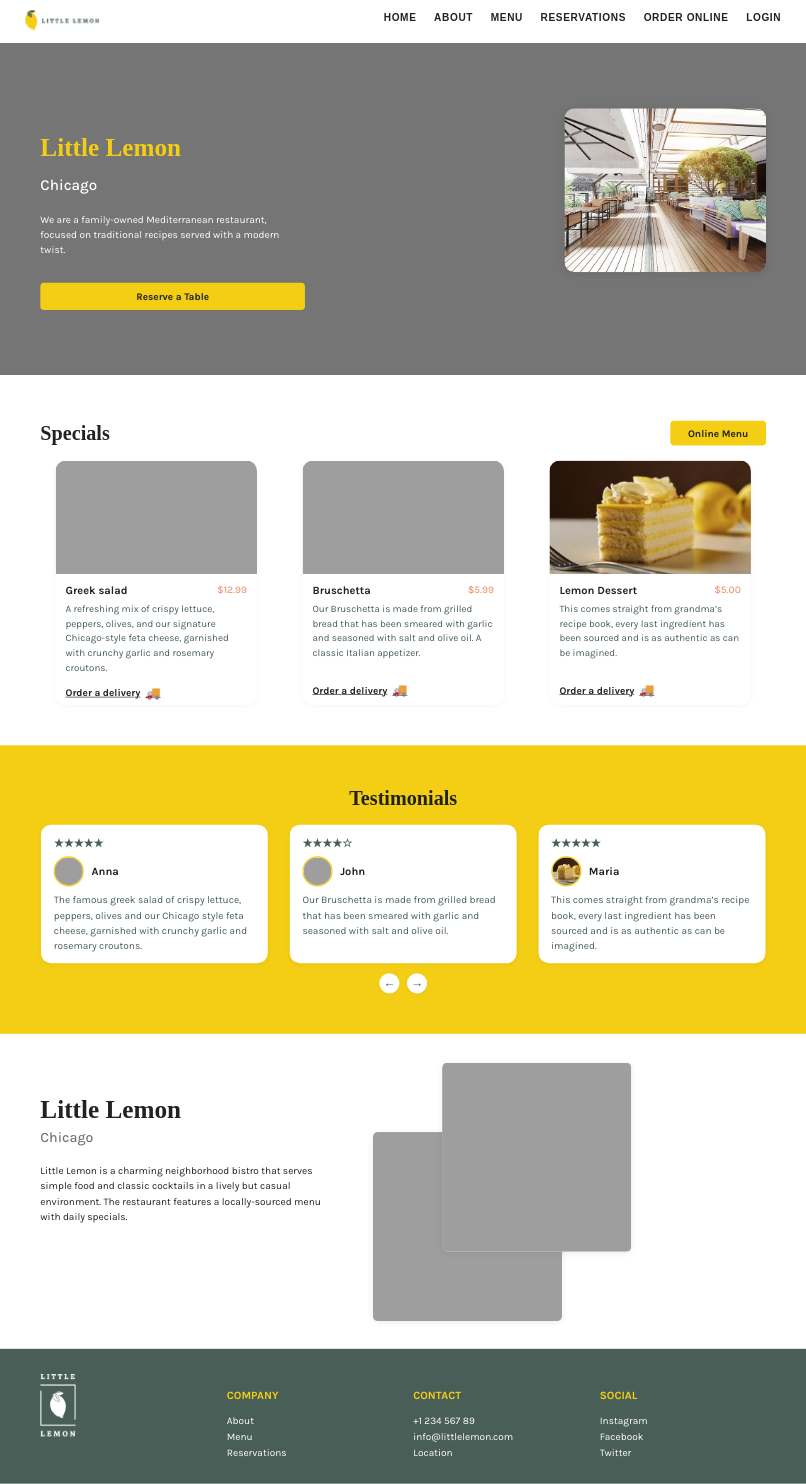
Repository: mrtseven/capstone-little-lemon-mrt
Page: /
These files come from the project's save history. The page is drawn as it stood at one moment and after the next save; the edit follows.
The browser window is 1280 px wide. The pictures show the whole page, at 63% of full size.
Pictures or frames that could not be fetched are drawn as grey boxes. Some web fonts or font styles are not loaded; a fallback is used. The project was rebuilt for these pictures with package versions that can differ from the ones it lists, and the page was loaded fresh each time. Also part of the build but not shown: src/pages/About.jsx, src/pages/Menu.jsx, src/components/ReservationForm.jsx, src/bookingsAPI.js, src/components/ConfirmedReservation.jsx, src/pages/Reservations.jsx, src/pages/Order.jsx, src/pages/Login.jsx.

Above is the page before, as saved 2025-07-28 18:17:53.

### public/index.html
<!DOCTYPE html>
<html lang="en">
  <head>
    <meta charset="utf-8" />
    <link rel="icon" href="%PUBLIC_URL%/favicon.ico" />
    <meta name="viewport" content="width=device-width, initial-scale=1" />
    <meta name="theme-color" content="#000000" />
    <meta name="description" content="Experience vibrant Mediterranean flavors at Little Lemon, a stylish bar and small plates restaurant in the heart of Dublin. Enjoy fresh produce, handcrafted cocktails, and a premium wine selection in a lively, modern atmosphere—perfect for intimate dinners or special occasions."/>
    <meta name="og:title" content="Little Lemon restaurant"/>
    <meta name="og:description" content="Experience vibrant Mediterranean flavors at Little Lemon, a stylish bar and small plates restaurant in the heart of Dublin. Enjoy fresh produce, handcrafted cocktails, and a premium wine selection in a lively, modern atmosphere—perfect for intimate dinners or special occasions."/>
    <meta name="og:image" content="%PUBLIC_URL%/restaurant.jpg"/>
    <link rel="preconnect" href="https://fonts.googleapis.com">
    <link rel="preconnect" href="https://fonts.gstatic.com" crossorigin>
    <link href="https://fonts.googleapis.com/css2?family=Markazi+Text:wght@400..700&display=swap" rel="stylesheet">
    <link rel="apple-touch-icon" href="%PUBLIC_URL%/logo192.png" />
    <!--
      manifest.json provides metadata used when your web app is installed on a
      user's mobile device or desktop. See https://developers.google.com/web/fundamentals/web-app-manifest/
    -->
    <link rel="manifest" href="%PUBLIC_URL%/manifest.json" />
    <!--
      Notice the use of %PUBLIC_URL% in the tags above.
      It will be replaced with the URL of the `public` folder during the build.
      Only files inside the `public` folder can be referenced from the HTML.

      Unlike "/favicon.ico" or "favicon.ico", "%PUBLIC_URL%/favicon.ico" will
      work correctly both with client-side routing and a non-root public URL.
      Learn how to configure a non-root public URL by running `npm run build`.
    -->
    <title>React App</title>
  </head>
  <body>
    <noscript>You need to enable JavaScript to run this app.</noscript>
    <div id="root"></div>
    <!--
      This HTML file is a template.
      If you open it directly in the browser, you will see an empty page.

      You can add webfonts, meta tags, or analytics to this file.
      The build step will place the bundled scripts into the <body> tag.

      To begin the development, run `npm start` or `yarn start`.
      To create a production bundle, use `npm run build` or `yarn build`.
    -->
  </body>
</html>

### src/App.css
@import url('https://fonts.googleapis.com/css2?family=Karla:wght@400;500;700;800&family=Markazi+Text:wght@400;500;700&display=swap');

/* === Type System & Base Styles === */

body {
  font-family: 'Karla', Arial, sans-serif;
  color: #222;
  background: #fff;
  margin: 0;
  padding: 0;
}

/* Display Title - Medium 64pt */
h1 {
  font-family: 'Markazi Text', serif;
  font-size: 64px;
  font-weight: 500;
  margin-bottom: 0.25em;
  line-height: 1.1;
}

/* Sub title - keep close to display */
h2 {
  font-family: 'Markazi Text', serif;
  font-size: 40px;
  font-weight: 400;
  margin-bottom: 0.25em;
  line-height: 1.2;
}

/* Regular 40pt (for h3) */
h3 {
  font-family: 'Markazi Text', serif;
  font-size: 40px;
  font-weight: 400;
  margin-bottom: 0.25em;
  line-height: 1.2;
}

/* Section Title! Uppercase 20pt Extra Bold */
h4 {
  font-family: 'Markazi Text', serif;
  font-size: 20px;
  font-weight: 800;
  text-transform: uppercase;
  margin-bottom: 0.5em;
  line-height: 1.2;
}

/* Card Title 18pt Bold */
h5 {
  font-family: 'Karla', Arial, sans-serif;
  font-size: 18px;
  font-weight: 700;
  margin-bottom: 0.5em;
  line-height: 1.2;
}

/* Category/Section 16pt Extra Bold */
h6 {
  font-family: 'Karla', Arial, sans-serif;
  font-size: 16px;
  font-weight: 700;
  margin-bottom: 0.5em;
  line-height: 1.2;
}

/* Paragraph text regular 16pt, 1.5 line height */
p {
  font-family: 'Karla', Arial, sans-serif;
  font-size: 16px;
  font-weight: 400;
  line-height: 1.5;
  margin-bottom: 1em;
  color: #222;
  max-width: 65ch;
}

/* Lead text (use .lead for emphasis) */
.lead {
  font-family: 'Karla', Arial, sans-serif;
  font-size: 18px;
  font-weight: 400;
  color: #222;
  margin-bottom: 0.5em;
}

/* Highlight text (e.g. price) */
.highlight {
  font-family: 'Karla', Arial, sans-serif;
  font-size: 16px;
  font-weight: 500;
  color: #495E57;
}

/* Section/Category bold (for span or strong) */
.bold {
  font-family: 'Karla', Arial, sans-serif;
  font-weight: 700;
}
.extra-bold {
  font-family: 'Karla', Arial, sans-serif;
  font-weight: 800;
}
.uppercase {
  text-transform: uppercase;
}

/* Accent colors */
.accent-green {
  color: #495E57;
}
.accent-yellow {
  color: #F4CE14;
}
.bg-accent-green {
  background: #495E57;
}
.bg-accent-yellow {
  background: #F4CE14;
}

/* Rounded corners utility */
.rounded-16 {
  border-radius: 16px;
}

/* Container for the navbar */
.navbar {
  max-width: 1200px;
  margin: 0 auto;
  display: flex;
  align-items: center;
  justify-content: space-between;
  background: #fff;
  padding: 16px 40px 20px 40px;
  font-family: 'Arial', sans-serif;

}

/* Logo and brand */
.navbar-logo {
  display: flex;
  align-items: center;
}

.navbar-logo img {
  height: 32px; /* Adjust as needed */
  margin-right: 8px;
}

.navbar-brand {
  font-weight: bold;
  color: #CFC12D; /* Lemon yellow, adjust as necessary */
  letter-spacing: 2px;
  font-size: 1.1rem;
  display: none !important;
}

/* Navigation links */
.navbar-menu {
  display: flex;
  align-items: center;
  gap: 28px; /* Space between menu items */
}

.navbar-menu a {
  text-decoration: none;
  color: #222;
  font-weight: bold;
  text-transform: uppercase;
  letter-spacing: 1px;
  font-size: 1rem;
  padding-bottom: 8px;
  transition: color 0.2s;
}

.navbar-menu a:hover {
  color: #CFC12D; /* Highlight on hover */
}

/* Hamburger styles */
.navbar-hamburger {
  display: none;
  flex-direction: column;
  justify-content: center;
  align-items: center;
  width: 36px;
  height: 36px;
  background: none;
  border: none;
  cursor: pointer;
  padding: 0;
  margin-left: 16px;
  z-index: 1002;
}
.hamburger-bar {
  width: 24px;
  height: 3px;
  background: #222;
  margin: 3px 0;
  border-radius: 2px;
  transition: all 0.3s;
}

/* Responsive styles */
@media (max-width: 900px) {
  .navbar {
    padding: 16px 20px 0 20px;
  }
  .navbar-brand {
    display: inline;
    font-size: 1rem;
  }
}

@media (max-width: 768px) {
  .navbar-menu {
    position: absolute;
    top: 64px;
    right: 0;
    left: 0;
    background: #fff;
    flex-direction: column;
    align-items: flex-start;
    gap: 0;
    padding: 24px 32px 24px 32px;
    box-shadow: 0 4px 16px rgba(0,0,0,0.07);
    display: none;
    z-index: 1001;
  }
  .navbar-menu.open {
    display: flex;
  }
  .navbar-menu a {
    width: 100%;
    padding: 16px 0;
    font-size: 1.1rem;
    border-bottom: 1px solid #eee;
  }
  .navbar-hamburger {
    display: flex;
  }
  .navbar {
    position: relative;
  }
}

@media (min-width: 769px) {
  .navbar-menu {
    display: flex !important;
    position: static;
    flex-direction: row;
    background: none;
    box-shadow: none;
    padding: 0;
    gap: 28px;
  }
  .navbar-hamburger {
    display: none;
  }
  .navbar-brand {
    display: inline;
  }
}

/* Hero Section Styles */
.hero-section {
  width: 100vw;
  background: #757575;
  margin: 0;
  padding: 0;
  display: flex;
  justify-content: center;
  align-items: flex-start;
  margin-bottom: 48px;
}
.hero-section .container {
  display: flex;
  flex-direction: row;
  align-items: flex-start;
  gap: 48px;
  padding-top: 40px;
  padding-bottom: 40px;
}
.hero-content {
  flex: 1 1 0;
  max-width: 420px;
  padding: 0;
  display: flex;
  flex-direction: column;
  justify-content: center;
}
.hero-title {
  font-size: 40px;
  font-family: 'Markazi Text', serif;
  font-weight: 700;
  color: #F4CE14;
  margin-bottom: 0.1em;
}
.hero-location {
  font-size: 24px;
  font-family: 'Karla', Arial, sans-serif;
  font-weight: 500;
  color: #fff;
  margin-bottom: 0.5em;
}
.hero-description {
  color: #fff;
  font-size: 16px;
  margin-bottom: 2em;
}
.hero-cta {
  font-family: 'Karla', Arial, sans-serif;
  font-size: 1rem;
  font-weight: 700;
  color: #222;
  background: #F4CE14;
  border: none;
  border-radius: 6px;
  padding: 12px 32px;
  cursor: pointer;
  margin-top: 8px;
  transition: background 0.2s;
}
.hero-cta:hover {
  background: #ffe066;
}
.hero-image-wrapper {
  flex: 1 1 0;
  display: flex;
  align-items: flex-start;
  justify-content: flex-end;
  padding: 0;
}
.hero-image {
  width: 320px;
  height: 260px;
  object-fit: cover;
  border-radius: 16px;
  box-shadow: 0 2px 16px rgba(0,0,0,0.10);
}
@media (max-width: 900px) {
  .hero-section .container {
    flex-direction: column;
    gap: 24px;
    align-items: center;
    padding: 24px 0;
  }
  .hero-image {
    width: 100%;
    max-width: 320px;
    height: auto;
  }
}

/* Dish Card Styles */
.dish-card {
  background: #fff;
  border-radius: 16px;
  box-shadow: 0 2px 8px rgba(0,0,0,0.04);
  overflow: hidden;
  width: 320px;
  display: flex;
  flex-direction: column;
  margin: 0 auto;
}
.dish-card-img {
  width: 100%;
  height: 180px;
  object-fit: cover;
  border-top-left-radius: 16px;
  border-top-right-radius: 16px;
  border-bottom-left-radius: 0;
  border-bottom-right-radius: 0;
}
.dish-card-body {
  padding: 16px 16px 12px 16px;
  display: flex;
  flex-direction: column;
  flex: 1 1 0;
  min-height: 180px;
}
.dish-card-header {
  display: flex;
  justify-content: space-between;
  align-items: flex-start;
  margin-bottom: 8px;
}
.dish-card-title {
  font-size: 1.1rem;
  font-family: 'Karla', Arial, sans-serif;
  font-weight: 700;
  margin: 0;
  color: #222;
}
.dish-card-price {
  font-size: 1rem;
  font-family: 'Karla', Arial, sans-serif;
  font-weight: 500;
  color: #EE9972;
  margin-left: 8px;
}
.dish-card-desc {
  font-size: 0.97rem;
  color: #495E57;
  margin: 0 0 16px 0;
  font-family: 'Karla', Arial, sans-serif;
}
.dish-card-cta {
  display: flex;
  align-items: center;
  font-weight: 700;
  font-size: 1rem;
  color: #222;
  cursor: pointer;
  gap: 6px;
  margin-top: auto;
}
.dish-card-cta-icon {
  font-size: 1.2em;
  margin-left: 2px;
}

/* Specials Section Styles */
.specials-section {
  margin: 0;
  padding: 0 0 32px 0;
}
.specials-header-row {
  display: flex;
  align-items: center;
  justify-content: space-between;
  margin-bottom: 24px;
  padding-top: 8px;
}
.specials-title {
  font-size: 2rem;
  font-family: 'Markazi Text', serif;
  font-weight: 700;
  margin: 0;
  color: #222;
}
.specials-menu-btn {
  font-family: 'Karla', Arial, sans-serif;
  font-size: 1rem;
  font-weight: 700;
  color: #222;
  background: #F4CE14;
  border: none;
  border-radius: 6px;
  padding: 10px 28px;
  cursor: pointer;
  transition: background 0.2s;
}
.specials-menu-btn:hover {
  background: #ffe066;
}
.specials-cards-row {
  display: flex;
  gap: 24px;
  justify-content: flex-start;
  align-items: stretch;
  flex-wrap: wrap;
}
@media (max-width: 900px) {
  .specials-cards-row {
    flex-direction: column;
    gap: 20px;
    align-items: center;
  }
  .specials-header-row {
    flex-direction: column;
    align-items: flex-start;
    gap: 12px;
  }
}

/* Grid Container */
.container {
  max-width: 1200px;
  margin: 0 auto;
  padding-left: 24px;
  padding-right: 24px;
  width: 100%;
  box-sizing: border-box;
}

@media (max-width: 1240px) {
  .container {
    max-width: 100vw;
  }
}

@media (max-width: 600px) {
  .container {
    padding-left: 8px;
    padding-right: 8px;
  }
}

/* Testimonial Card Styles */
.testimonial-card {
  background: #fff;
  border-radius: 16px;
  box-shadow: 0 2px 8px rgba(0,0,0,0.06);
  padding: 20px 20px 16px 20px;
  width: 320px;
  min-height: 180px;
  display: flex;
  flex-direction: column;
  align-items: flex-start;
  margin: 0 auto;
}
.testimonial-rating {
  font-size: 1.1rem;
  font-weight: 700;
  color: #495E57;
  margin-bottom: 10px;
}
.testimonial-row {
  display: flex;
  align-items: center;
  gap: 12px;
  margin-bottom: 10px;
}
.testimonial-img {
  width: 44px;
  height: 44px;
  object-fit: cover;
  border-radius: 50%;
  border: 2px solid #F4CE14;
}
.testimonial-name {
  font-size: 1.1rem;
  font-weight: 700;
  color: #222;
}
.testimonial-text {
  font-size: 1rem;
  color: #495E57;
  margin: 0;
  font-family: 'Karla', Arial, sans-serif;
}

/* Testimonials Section (Carousel) */
.testimonials-section {
  background: #F4CE14;
  padding: 48px 0;
  width: 100vw;
  margin: 0;
}
.testimonials-section .container {
  display: flex;
  flex-direction: column;
  align-items: center;
}
.testimonials-carousel {
  display: flex;
  gap: 32px;
  justify-content: center;
  align-items: stretch;
  margin-top: 24px;
  width: 100%;
}
.testimonials-carousel-controls {
  display: flex;
  gap: 12px;
  margin-top: 16px;
  justify-content: center;
}
.testimonials-carousel-btn {
  background: #fff;
  border: none;
  border-radius: 50%;
  width: 32px;
  height: 32px;
  font-size: 1.2rem;
  color: #495E57;
  cursor: pointer;
  box-shadow: 0 1px 4px rgba(0,0,0,0.08);
  transition: background 0.2s;
}
.testimonials-carousel-btn:hover {
  background: #ffe066;
}
@media (max-width: 1100px) {
  .testimonials-carousel {
    flex-direction: column;
    gap: 24px;
    align-items: center;
  }
  .testimonial-card {
    width: 90vw;
    max-width: 340px;
  }
}

.about-section {
  padding: 64px 0 64px 0;
  background: #fff;
}
.about-container {
  display: flex;
  flex-direction: row;
  align-items: flex-start;
  justify-content: space-between;
  gap: 48px;
}
.about-text {
  flex: 1 1 0;
  max-width: 480px;
}
.about-title {
  font-family: 'Markazi Text', serif;
  font-size: 2.5rem;
  font-weight: 700;
  margin: 0 0 0.2em 0;
  color: #222;
}
.about-subtitle {
  font-family: 'Karla', Arial, sans-serif;
  font-size: 1.4rem;
  font-weight: 500;
  color: #757575;
  margin: 0 0 1.2em 0;
}
.about-text p {
  font-size: 1rem;
  color: #222;
  margin-bottom: 1em;
}
.about-images {
  flex: 1 1 0;
  position: relative;
  min-width: 320px;
  min-height: 320px;
  display: flex;
  align-items: center;
  justify-content: center;
}
.about-img {
  width: 220px;
  height: 220px;
  object-fit: cover;
  border-radius: 8px;
  box-shadow: 0 2px 12px rgba(0,0,0,0.08);
  position: absolute;
  background: #e0e0e0;
}
.about-img-bottom {
  left: 0;
  top: 40px;
  z-index: 1;
}
.about-img-top {
  left: 80px;
  top: -40px;
  z-index: 2;
}
@media (max-width: 900px) {
  .about-container {
    flex-direction: column;
    gap: 32px;
    align-items: center;
  }
  .about-images {
    min-width: 220px;
    min-height: 220px;
    height: 260px;
  }
  .about-img {
    width: 180px;
    height: 180px;
  }
  .about-img-top {
    left: 60px;
    top: -20px;
  }
  .about-img-bottom {
    left: 0;
    top: 40px;
  }
}

@media (min-width: 901px) {
  .about-img {
    width: 300px;
    height: 300px;
  }
  .about-images {
    min-width: 340px;
    min-height: 340px;
    height: 340px;
  }
  .about-img-top {
    left: 110px;
    top: -50px;
  }
  .about-img-bottom {
    left: 0;
    top: 60px;
  }
}

.footer-section {
  background: #495E57;
  color: #fff;
  padding: 48px 0 32px 0;
}
.footer-container {
  display: grid;
  grid-template-columns: 1fr 1fr 1fr 1fr;
  gap: 32px;
  align-items: flex-start;
}
.footer-col {
  display: flex;
  flex-direction: column;
  gap: 12px;
}
.footer-logo-col {
  align-items: flex-start;
}
.footer-logo {
  width: 56px;
  height: auto;
  margin-bottom: 8px;
}
.footer-heading {
  font-size: 1.1rem;
  font-family: 'Karla', Arial, sans-serif;
  font-weight: 700;
  margin-bottom: 8px;
  color: #F4CE14;
}
.footer-links {
  list-style: none;
  padding: 0;
  margin: 0;
  display: flex;
  flex-direction: column;
  gap: 6px;
}
.footer-links a {
  color: #fff;
  text-decoration: none;
  font-size: 1rem;
  transition: color 0.2s;
}
.footer-links a:hover {
  color: #F4CE14;
}
@media (max-width: 900px) {
  .footer-container {
    grid-template-columns: 1fr 1fr;
    gap: 24px;
  }
}
@media (max-width: 600px) {
  .footer-container {
    grid-template-columns: 1fr;
    gap: 20px;
  }
  .footer-section {
    padding: 32px 0 20px 0;
  }
}

/* Consistent Section Padding and White Space */
.hero-section,
.specials-section,
.testimonials-section,
.about-section {
  padding-top: 64px !important;
  padding-bottom: 64px !important;
  margin-top: 0 !important;
  margin-bottom: 0 !important;
}

@media (max-width: 900px) {
  .hero-section,
  .specials-section,
  .testimonials-section,
  .about-section {
    padding-top: 32px !important;
    padding-bottom: 32px !important;
  }
}

/* Remove extra margin from first and last child in each section */
.hero-section > .container > :first-child,
.specials-section > .container > :first-child,
.testimonials-section > .container > :first-child,
.about-section > .container > :first-child {
  margin-top: 0 !important;
}
.hero-section > .container > :last-child,
.specials-section > .container > :last-child,
.testimonials-section > .container > :last-child,
.about-section > .container > :last-child {
  margin-bottom: 0 !important;
}

.footer-section {
  padding-top: 40px;
  padding-bottom: 40px;
}
@media (max-width: 600px) {
  .footer-section {
    padding-top: 24px;
    padding-bottom: 24px;
  }
}

/* Remove section-specific padding/margin overrides */
.about-section,
.specials-section,
.testimonials-section,
.hero-section {
  background-clip: padding-box;
}

.hero-section {
  padding-top: 32px !important;
  padding-bottom: 32px !important;
}
.about-section {
  padding-top: 96px !important;
  padding-bottom: 64px !important;
}

@media (max-width: 900px) {
  .hero-section {
    padding-top: 20px !important;
    padding-bottom: 20px !important;
  }
  .about-section {
    padding-top: 48px !important;
    padding-bottom: 32px !important;
  }
}


/* Form Styles */
.reservation-form {
  max-width: 320px;
  margin: 3rem auto;
  padding: 32px 24px;
  background: #fff;
  border-radius: 14px;
  box-shadow: 0 4px 32px rgba(63, 63, 63, 0.07);
  font-family: 'Segoe UI', Arial, sans-serif;
}

/* make form use flex column with spacing between groups */
.reservation-form .input-group {
  display: flex;
  flex-direction: column;
  gap: 6px;
  margin-bottom: 18px;
}

.form-label {
  font-weight: 500;
  color: #36454f;
}

.form-input {
  padding: 9px 12px;
  border: 1px solid #bfc7d6;
  border-radius: 5px;
  font-size: 1rem;
  background: #fafbfc;
  transition: border-color 0.2s;
}

.form-input:focus {
  border-color: #ffc300;
  outline: none;
  background: #fffde7;
}

.form-submit {
  background-color: #F4CE14;
  color: #333;
  padding: 10px 20px;
  border: none;
  border-radius: 8px;
  font-size: 1rem;
  font-weight: bold;
  cursor: pointer;
  transition: background-color 0.3s;
}

.form-submit:hover,
.form-submit:focus {
  background: #ffee99;
  color: #000;
}

.form-submit:disabled {
    background-color: #ccc;
    cursor: not-allowed;
}

.form-actions {
  display: flex;
  flex-direction: column;
  gap: 1rem;
  margin-top: 1rem;
}

.form-cancel {
  background-color: transparent;
  color: #888;
  padding: 10px 20px;
  border: 1px solid #ccc;
  border-radius: 8px;
  font-size: 1rem;
  font-weight: bold;
  cursor: pointer;
  transition: background-color 0.3s, color 0.3s;
}

.form-cancel:hover {
  background-color: #f0f0f0;
  color: #333;
}

.error-message {
    color: red;
    font-size: 0.8em;
}

.input-error {
    border: 1px solid red;
}

/* Booking Confirmation Styles */
.booking-confirmation {
  max-width: 500px;
  margin: 3rem auto;
  padding: 32px 24px;
  background: #f9f9f9;
  border: 1px solid #495E57;
  border-radius: 14px;
  text-align: center;
  box-shadow: 0 4px 32px rgba(0, 0, 0, 0.08);
}

.booking-confirmation h2 {
  font-family: 'Markazi Text', serif;
  font-size: 2.5rem;
  color: #495E57; /* Little Lemon Green */
  margin-bottom: 0.5em;
}

.booking-confirmation p {
  font-family: 'Karla', Arial, sans-serif;
  font-size: 1.1rem;
  color: #333;
  line-height: 1.6;
}

### src/components/Hero.jsx
import React from 'react';
import PropTypes from 'prop-types';

export default function Hero({ title, location, description, cta, image }) {
  return (
    <section className="hero-section">
      <div className="hero-content">
        <h1 className="hero-title accent-yellow">{title}</h1>
        {location && <h2 className="hero-location">{location}</h2>}
        {description && <p className="hero-description">{description}</p>}
        <button className="hero-cta bg-accent-yellow">{cta}</button>
      </div>
      {image && (
        <div className="hero-image-wrapper">
          <img src={image} alt="Hero visual" className="hero-image rounded-16" />
        </div>
      )}
    </section>
  );
}

Hero.propTypes = {
  title: PropTypes.string.isRequired,
  cta: PropTypes.string.isRequired,
  location: PropTypes.string,
  description: PropTypes.string,
  image: PropTypes.string,
};

### src/components/DishCard.jsx
import React from 'react';
import PropTypes from 'prop-types';

export default function DishCard({ image, title, price, description, cta }) {
  return (
    <article className="dish-card rounded-16">
      <img src={image} alt={title} className="dish-card-img rounded-16" />
      <div className="dish-card-body">
        <div className="dish-card-header">
          <h5 className="dish-card-title">{title}</h5>
          <span className="dish-card-price accent-yellow">{price}</span>
        </div>
        <p className="dish-card-desc">{description}</p>
        <a href="#" className="dish-card-cta" aria-label="On Click">
          <span className="dish-card-cta-text">{cta}</span>
          <span className="dish-card-cta-icon" role="img" aria-label="delivery">🚚</span>
        </a>
      </div>
    </article>
  );
}

DishCard.propTypes = {
  image: PropTypes.string.isRequired,
  title: PropTypes.string.isRequired,
  price: PropTypes.string.isRequired,
  description: PropTypes.string.isRequired,
  cta: PropTypes.string.isRequired,
};

### src/components/Testimonial.jsx
import React from 'react';
import PropTypes from 'prop-types';

export default function Testimonial({ rating, image, name, text }) {
  return (
    <div className="testimonial-card rounded-16">
      <div className="testimonial-rating">{rating}</div>
      <div className="testimonial-row">
        <img src={image} alt={name} className="testimonial-img" />
        <span className="testimonial-name">{name}</span>
      </div>
      <p className="testimonial-text">{text}</p>
    </div>
  );
}

Testimonial.propTypes = {
  rating: PropTypes.oneOfType([PropTypes.string, PropTypes.number]).isRequired,
  image: PropTypes.string.isRequired,
  name: PropTypes.string.isRequired,
  text: PropTypes.string.isRequired,
};

Loaded but not shown: src/index.js (common file); src/index.css (common file); src/reportWebVitals.js (common file); src/App.js (29 lines, source omitted); src/sections/Main.jsx (130 lines, source omitted); src/sections/Nav.jsx (42 lines, source omitted); src/sections/Footer.jsx (44 lines, source omitted)

After the next save:
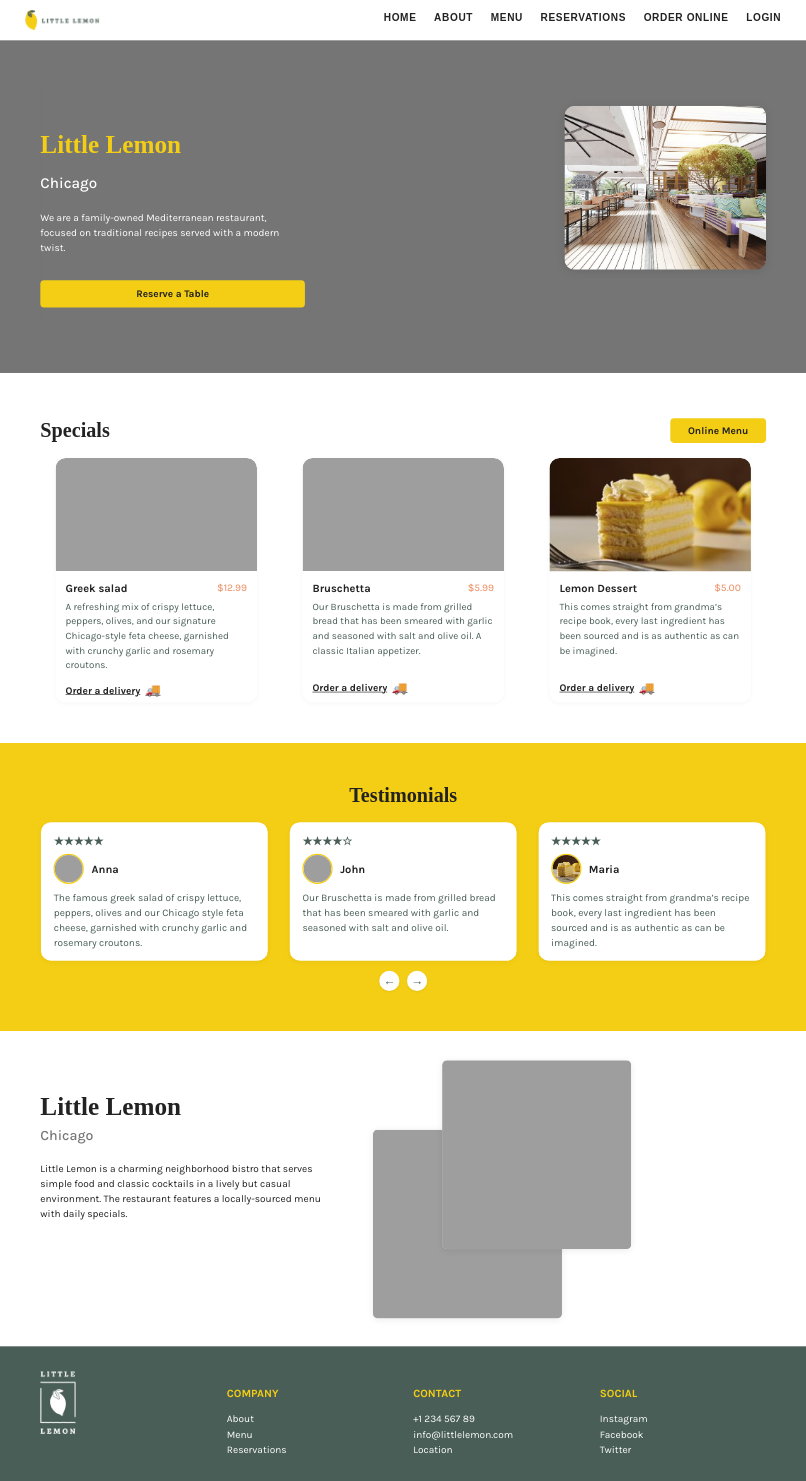
Saved 10 s later.
--- a/src/App.css
+++ b/src/App.css
@@ -133,7 +133,7 @@ p {
   align-items: center;
   justify-content: space-between;
   background: #fff;
-  padding: 16px 40px 20px 40px;
+  padding: 16px 40px;
   font-family: 'Arial', sans-serif;
 
 }
